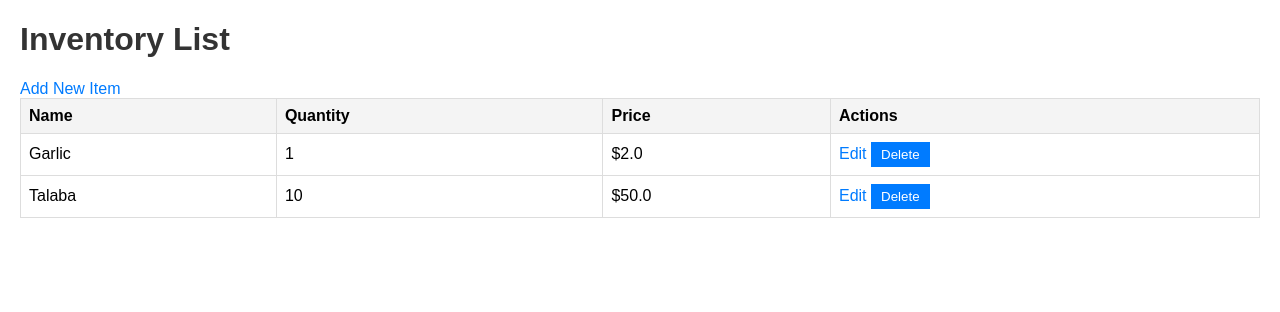
Repository: Stoldark/PLMUN
Page: http://localhost/
These files come from the project's save history. The page is drawn as it stood at one moment and after the next save; the edit follows.
The browser window is 1280 px wide. The pictures show the whole page.
The page is served by the project's application, run on Flask 3 (tempCodeRunnerFile.py). The user the application loads for id 1 is signed in. The page reads the database file committed with the project.

Above is the page before, as saved 2024-09-14 13:31:55.

After the next save:
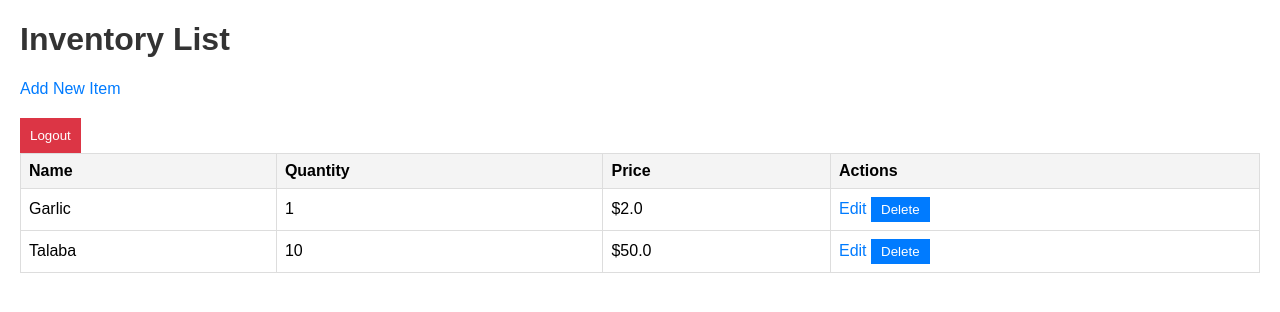
Saved 92 s later.
--- a/templates/index.html
+++ b/templates/index.html
@@ -48,11 +48,26 @@
         .actions form {
             display: inline;
         }
+        .logout-button {
+            display: block;
+            margin-top: 20px;
+            padding: 10px;
+            background-color: #dc3545;
+            color: white;
+            border: none;
+            cursor: pointer;
+        }
+        .logout-button:hover {
+            background-color: #c82333;
+        }
     </style>
 </head>
 <body>
     <h1>Inventory List</h1>
     <a href="/add">Add New Item</a>
+    <form action="/logout" method="post">
+        <button type="submit" class="logout-button">Logout</button>
+    </form>
     <table>
         <thead>
             <tr>
